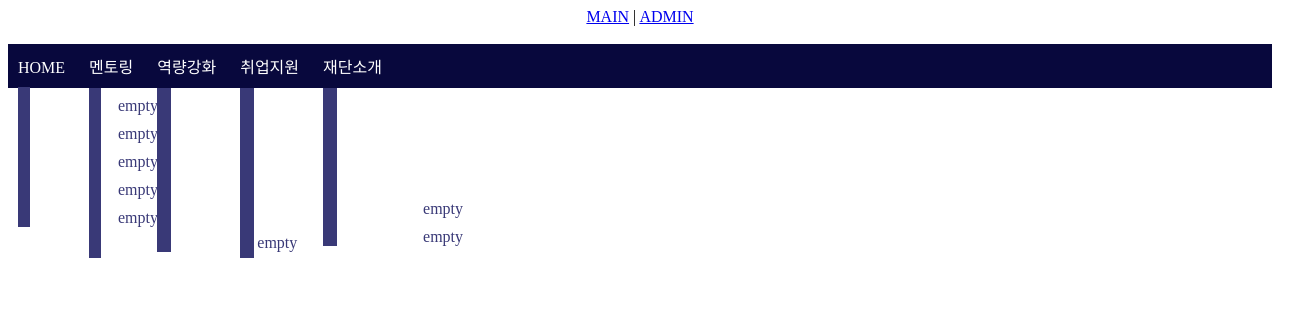
Repository: nywogud/promoPoli
Page: http://localhost/poli/WEB-INF/views/home.jsp
The author's editor kept a copy of each file at every save. The page is drawn from the files as they stood at one save, then again after the next save.
The browser window is 1280 px wide. The page is 1280 px wide, then 1302 px, so the pictures cover 1302 px, including what lies to the right of the window. The pictures show the whole page.
The page is served by Tomcat 9. Nobody is signed in. Other server files are loaded and not shown. The template is opened directly, without the code that normally fills it, so the values that code supplies are empty.

Above is the page before, as saved 2021-06-30 07:54:12.

### workspace/poli/src/main/webapp/WEB-INF/views/home.jsp
<%@ page language="java" contentType="text/html; charset=UTF-8"
	pageEncoding="UTF-8"%>
<%@ taglib uri="http://java.sun.com/jsp/jstl/core" prefix="c"%>
<%@ page session="false"%>
<html>
<head>
<title>main</title>
<style>
ul, ol, li {
	list-style: none;
	margin: 0;
	padding: 0;
}

ul.main {
	color: white;
	background: rgb(8, 8, 61);
	width:100%;
}


ul.main>li {
	display: inline-block;
	padding: 10px 10px;
	text-align: center;
	position: relative;
	width:auto;
}

ul.main>li ul.sub {

	position: absolute;
	background: rgb(57, 57, 119);
	text-align: center;
	margin-top: 10px;
	width: 18%;

}

/*ul.main > li ul.sub{display: none;}
ul.main:hover ul.sub{ display:block;}*/

ul.main>li ul.sub>li {
	display: inline-block;


	padding: 10px 10px 0px 0px;
	text-align: center;
	position: relative;
	width: 240px;
}
</style>
</head>
<body>
	<div style="text-align: center;">
		<label><a href="/">MAIN</a></label> <label>|</label> <label><a
			href="#">ADMIN</a></label>
	</div>
	<br>
	<div id="navHovBar">
		<ul class="main">
			<li class="main1">HOME
				<ul class="main1Sub sub">
					<li style="color:rgb(57, 57, 119)">empty</li>
					<li style="color:rgb(57, 57, 119)">empty</li>
					<li style="color:rgb(57, 57, 119)">empty</li>
					<li style="color:rgb(57, 57, 119)">empty</li>
					<li style="color:rgb(57, 57, 119)">empty</li>
				</ul>
			</li>
			<li class="main2">멘토링
				<ul class="main2Sub sub">
					<li><a>멘토링 안내</a></li>
					<li><a>멘토 특강</a></li>
					<li><a>온라인 취업 멘토링</a></li>
					<li><a>오프라인 멘토링</a></li>
					<li><a>청년희망 멘토링</a></li>
				</ul>
			</li>
			<li class="main3">역량강화
				<ul class="main3Sub sub">
					<li><a>청년 일경험 지원</a></li>
					<li><a>청년주도형 학습매니저</a></li>
					<li><a>청년 학교</a></li>
					<li><a>청년 프로젝트 실험실</a></li>
					<li style="color:rgb(57, 57, 119)">empty</li>
				</ul>
			</li>
			<li class="main4">취업지원
				<ul class="main4Sub sub">
					<li><a>청년맞춤형지원</a></li>
					<li><a>청년학자금상환 플랫폼</a></li>
					<li><a>청년일자리제안</a></li>
					<li><a>청년공간 이용 안내</a></li>
					<li><a>일자리 한눈에 보기</a></li>
				</ul>
			</li>
			<li class="main5">재단소개
				<ul class="main5Sub sub">
					<li><a>설립취지</a></li>
					<li><a>사업소개</a></li>
					<li><a>가구조직</a></li>
					<li style="color:rgb(57, 57, 119)">empty</li>
					<li style="color:rgb(57, 57, 119)">empty</li>
				</ul>
			</li>
		</ul>
	</div>
</body>
</html>

After the next save:
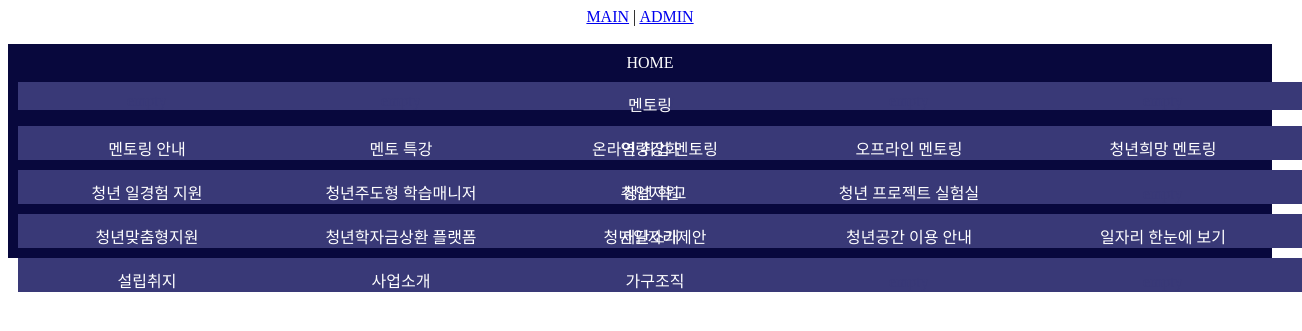
Saved 31 s later.
--- a/workspace/poli/src/main/webapp/WEB-INF/views/home.jsp
+++ b/workspace/poli/src/main/webapp/WEB-INF/views/home.jsp
@@ -24,7 +24,7 @@ ul.main>li {
 	padding: 10px 10px;
 	text-align: center;
 	position: relative;
-	width:auto;
+	width:100%;
 }
 
 ul.main>li ul.sub {
@@ -33,7 +33,7 @@ ul.main>li ul.sub {
 	background: rgb(57, 57, 119);
 	text-align: center;
 	margin-top: 10px;
-	width: 18%;
+	width: 100%;
 
 }
 
